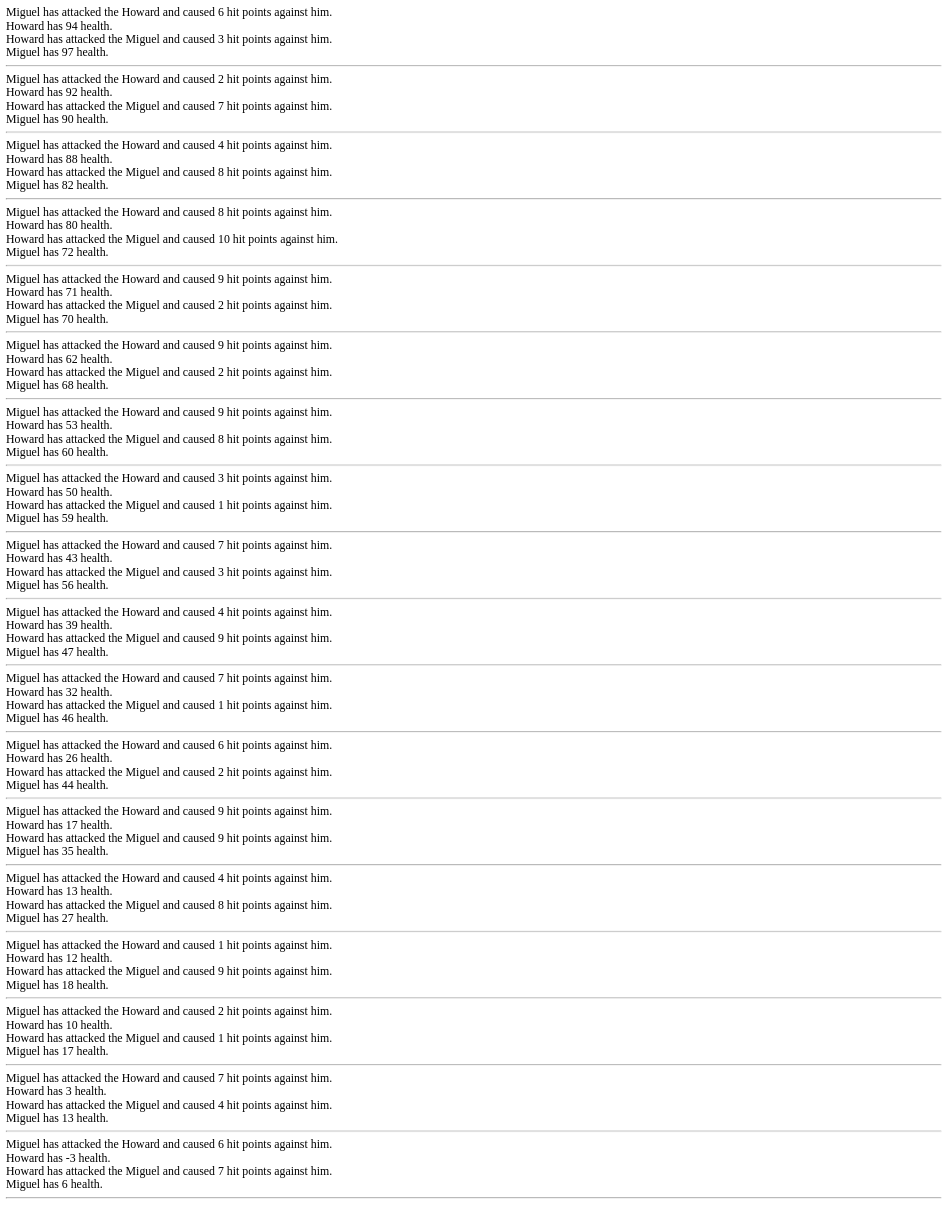
Repository: kargoh/CST236-Topic1
Page: http://localhost/Play.php
An editor plug-in stored every save of this project. The page is shown before and after the next save, followed by the edit.
The browser window is 1280 px wide. The pictures show the whole page, at 74% of full size.
The page is run by PHP 8.4 with error messages shown; the project is at /var/www/html/.

Above is the page before, as saved 2020-09-21 22:54:56.

After the next save:
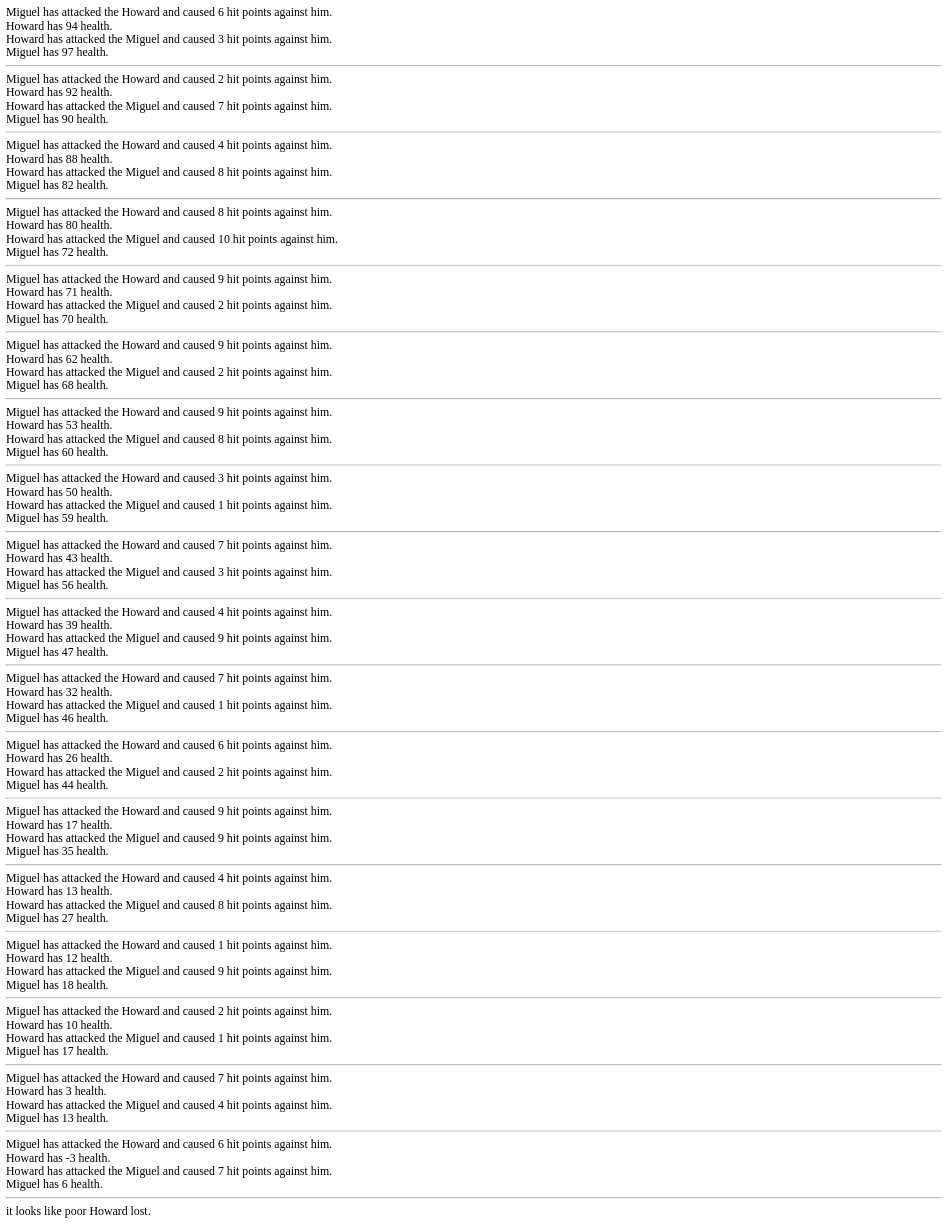
Saved 95 s later.
--- a/Topic1-SuperHero/Play.php
+++ b/Topic1-SuperHero/Play.php
@@ -16,4 +16,11 @@
     echo "<hr>";
 }
 
+// game over
+if($ultraMan->getHealth() > 0) {
+    echo "it looks like poor " .$unstoppable->getName() . " lost.<br>";
+} else {
+    echo "it looks like poor " .$ultraMan->getName() . " lost.<br>";
+}
+
 ?>
